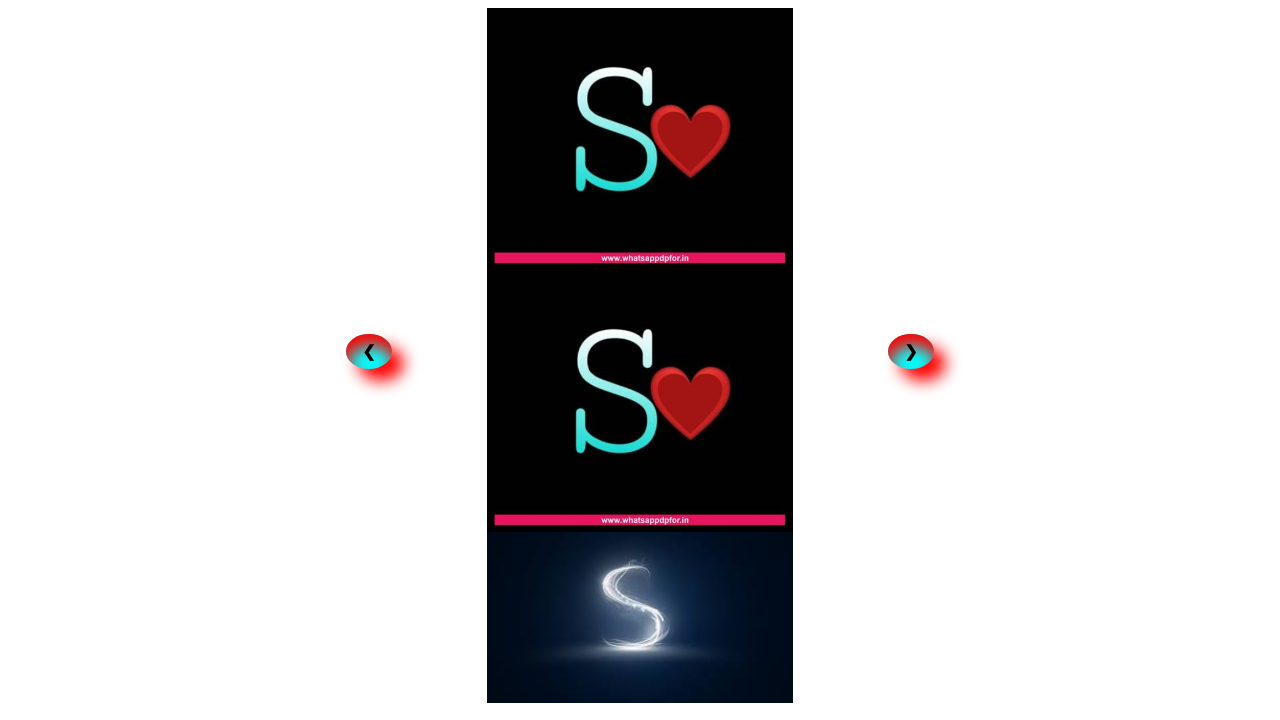
Repository: SAYYODTURINALIYEV/sassasa
Page: slider.html
An editor plug-in stored every save of this project. The page is shown before and after the next save, followed by the edit.
The browser window is 1280 px wide. The pictures show the whole page.

Above is the page before, as saved 2022-05-19 16:33:28.

After the next save:
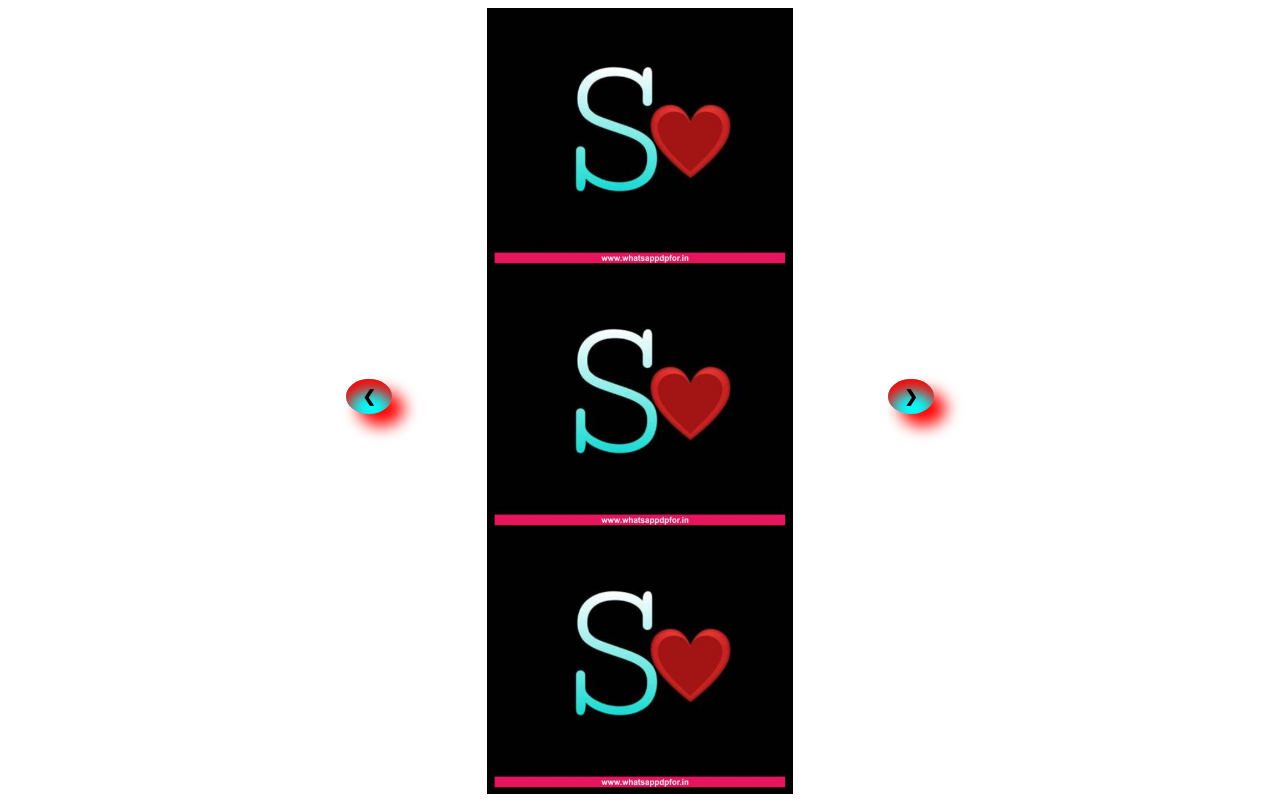
Saved 14 s later.
--- a/slider.html
+++ b/slider.html
@@ -15,7 +15,7 @@
         <div class="rasmlar_uz">
             <img src="images/s1.jpg">
             <img src="images/s1.jpg">
-            <img src="images/s3.jpg">
+            <img src="images/s1.jpg">
         </div>
 
 
